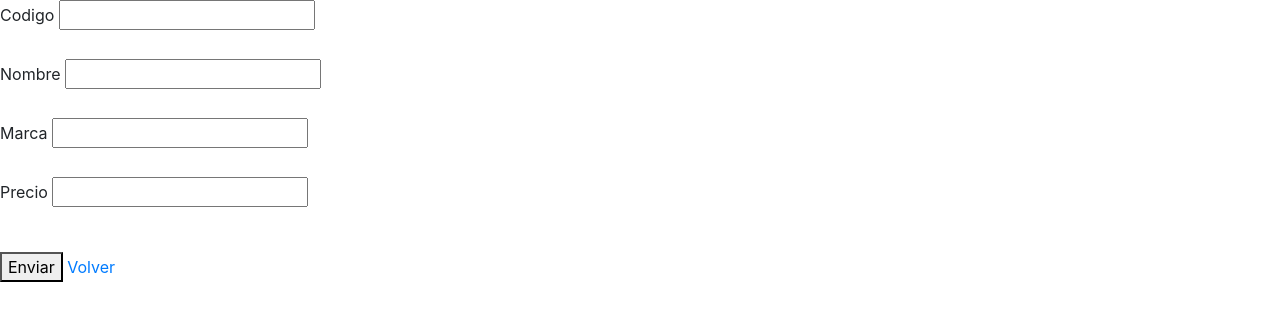
Repository: Alemartinez97/New-Repository
Page: programacion-3/tp4/formProducto.html
These files come from the project's save history. The page is drawn as it stood at one moment and after the next save; the edit follows.
The browser window is 1280 px wide. The pictures show the whole page.

Above is the page before, as saved 2020-06-11 14:57:13.
Not found: programacion-3/tp4/main.js

After the next save:
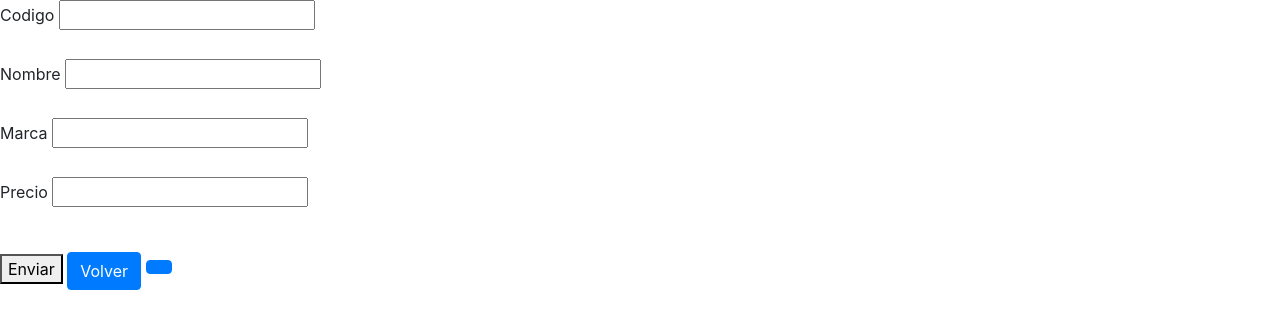
Saved 70 s later.
--- a/programacion-3/tp4/formProducto.html
+++ b/programacion-3/tp4/formProducto.html
@@ -29,9 +29,8 @@
 	</form>
 
     <button onclick="enviarDatos()">Enviar</button>
-    <a href="producto.html">Volver</a>
-
-    <h3 id="resultado"></h3>
+    <a href="producto.html" class="btn btn-primary">Volver</a>
+    <h3 id="resultado" class="btn btn-primary"></h3>
 
     <script src="./js/tp3.js"></script>
 </body>
